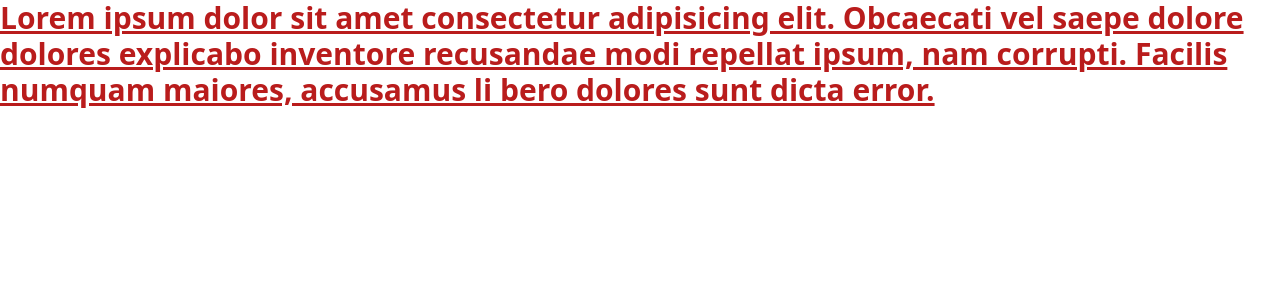
Repository: VIET-TU/react-super-main
Page: / (app in todolist-mybuild/)
The author's editor kept a copy of each file at every save. The page is drawn from the files as they stood at one save, then again after the next save.
The browser window is 1280 px wide. The pictures show the whole page.
The project was rebuilt for these pictures with package versions that can differ from the ones it lists, and the page was loaded fresh each time. Also part of the build but not shown: todolist-mybuild/vite.config.ts.

Above is the page before, as saved 2023-05-16 06:32:08.

### todolist-mybuild/src/App.tsx
import TodoList from './components/TodoLists'

function App() {
  return (
    <h1 className='text-3xl font-bold text-red-700 underline'>
      Lorem ipsum dolor sit amet consectetur adipisicing elit. Obcaecati vel saepe dolore dolores explicabo inventore
      recusandae modi repellat ipsum, nam corrupti. Facilis numquam maiores, accusamus li bero dolores sunt dicta error.
    </h1>
  )
}

export default App

### todolist-mybuild/src/components/TodoLists/index.ts
import TodoList from './TodoList'

export default TodoList

### todolist-mybuild/src/components/TodoLists/TodoList.tsx
import { Todo } from '../../@types/todos.types'
import TaskInput from '../TaskInput'
import TaskList from '../TaskList'
import { useEffect, useState } from 'react'

const TodoList = () => {
  const [todos, setTodos] = useState<Todo[]>([])
  const [currentTodo, setCurrentTodo] = useState<Todo | null>(null)
  const doneTodos = todos.filter((todo) => todo.done)
  const notdoneTodos = todos.filter((todo) => !todo.done)

  useEffect(() => {
    const todosString = localStorage.getItem('todos')
    const todosObj: Todo[] = JSON.parse(todosString || '[]')
    setTodos(todosObj)
  }, [])

  const addTodo = (name: string): void => {
    const todo: Todo = {
      name,
      done: false,
      id: new Date().toISOString()
    }
    setTodos((pre) => [...pre, todo])
    const todosString = localStorage.getItem('todos')
    const todosObj: Todo[] = JSON.parse(todosString || '[]')
    const newTodoObj = [...todosObj, todo]
    localStorage.setItem('todos', JSON.stringify(newTodoObj))
  }

  const handleDoneTodo = (id: string, done: boolean) => {
    setTodos((prev) => {
      return prev.map((todo) => {
        if (todo.id === id) {
          return { ...todo, done }
        }
        return todo
      })
    })
  }

  const startEditTodo = (id: string) => {
    const findedTodo = todos.find((todo) => todo.id === id)
    if (findedTodo) {
      setCurrentTodo(findedTodo)
    }
  }

  const editTodo = (name: string) => {
    setCurrentTodo((prev) => {
      if (prev) {
        return { ...prev, name }
      }
      return prev
    })
  }

  const finishEditTodo = () => {
    setTodos((prev) => {
      return prev.map((todo) => {
        if (todo.id === (currentTodo as Todo).id) {
          return currentTodo as Todo
        }
        return todo
      })
    })
    setCurrentTodo(null)
  }

  const deleteTodo = (id: string) => {
    if (currentTodo) {
      setCurrentTodo(null)
    }

    setTodos((prev) => {
      const findedIndexTodo = prev.findIndex((todo) => todo.id === id)
      if (findedIndexTodo > -1) {
        const result = [...prev]
        result.splice(findedIndexTodo, 1) // delete 1 elem in array
        return result
      }
      return prev
    })
  }

  return (
    <div className='p-[20px] rounded-lg bg-[#ccc] max-w-max mx-auto my-10'>
      <TaskInput
        editTodo={editTodo}
        addTodo={addTodo}
        currentTodo={currentTodo}
        finishEditTodo={finishEditTodo}
      ></TaskInput>
      <TaskList
        handleDoneTodo={handleDoneTodo}
        todos={notdoneTodos}
        doneTaskList={false}
        startEditTodo={startEditTodo}
        deleteTodo={deleteTodo}
      />
      <TaskList
        handleDoneTodo={handleDoneTodo}
        todos={doneTodos}
        doneTaskList={true}
        startEditTodo={startEditTodo}
        deleteTodo={deleteTodo}
      />
    </div>
  )
}

export default TodoList

### todolist-mybuild/src/components/TaskInput/index.ts
import TaskInput from './TaskInput'

export default TaskInput

### todolist-mybuild/src/components/TaskInput/TaskInput.tsx
import React from 'react'

const TaskInput = () => {
  return (
    <div>
      <h1>Todo list typescript</h1>
      <form placeholder='enter your text'>
        <input type='text' placeholder='caption gose here' />
        <button type='submit'>➕</button>
      </form>
    </div>
  )
}

export default TaskInput

### todolist-mybuild/src/components/TaskList/TaskList.tsx
import React from 'react'

const TaskList = () => {
  return <div></div>
}

export default TaskList

Loaded but not shown: todolist-mybuild/index.html (common file); todolist-mybuild/src/main.tsx (common file); todolist-mybuild/src/index.css (common file); todolist-mybuild/tailwind.config.js (common file); todolist-mybuild/src/components/TaskList/index.ts (common file)

After the next save:
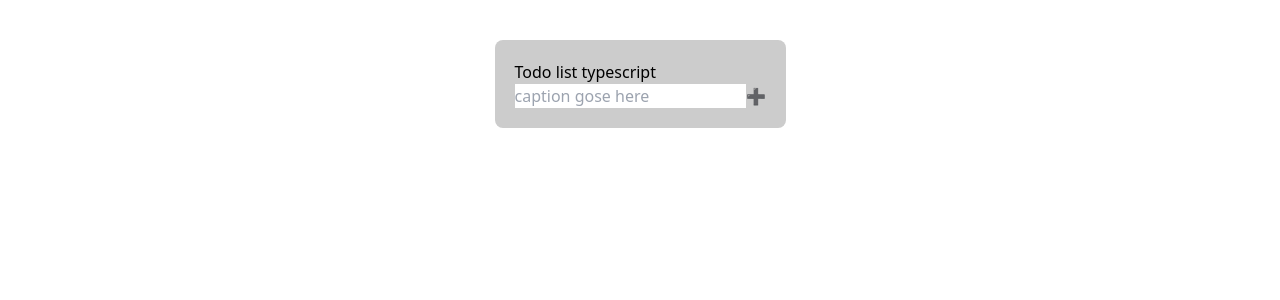
Saved 27 s later.
--- a/todolist-mybuild/src/App.tsx
+++ b/todolist-mybuild/src/App.tsx
@@ -2,10 +2,9 @@ import TodoList from './components/TodoLists'
 
 function App() {
   return (
-    <h1 className='text-3xl font-bold text-red-700 underline'>
-      Lorem ipsum dolor sit amet consectetur adipisicing elit. Obcaecati vel saepe dolore dolores explicabo inventore
-      recusandae modi repellat ipsum, nam corrupti. Facilis numquam maiores, accusamus li bero dolores sunt dicta error.
-    </h1>
+    <>
+      <TodoList></TodoList>
+    </>
   )
 }
 
